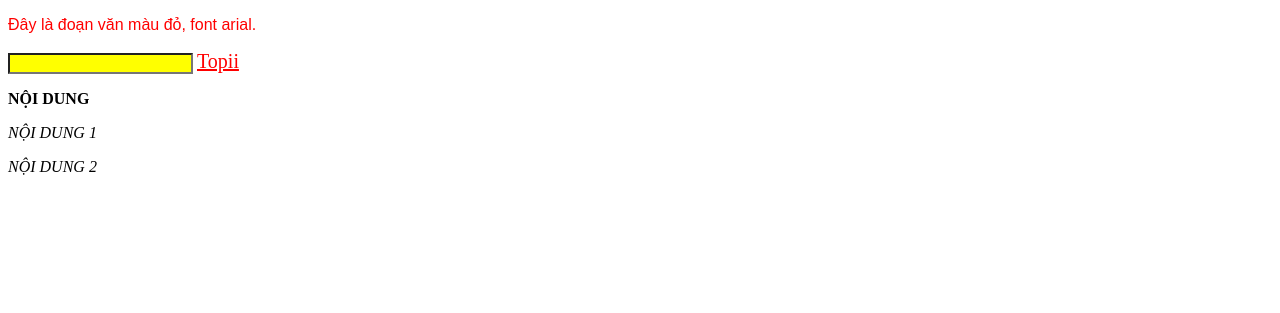
Repository: PhiKhongHoang/JSP-Servlet
Page: Bai3_CSS/src/main/webapp/vidu.html
The author's editor kept a copy of each file at every save. The page is drawn from the files as they stood at one save, then again after the next save.
The browser window is 1280 px wide. The pictures show the whole page.

Above is the page before, as saved 2024-02-16 12:39:24.

After the next save:
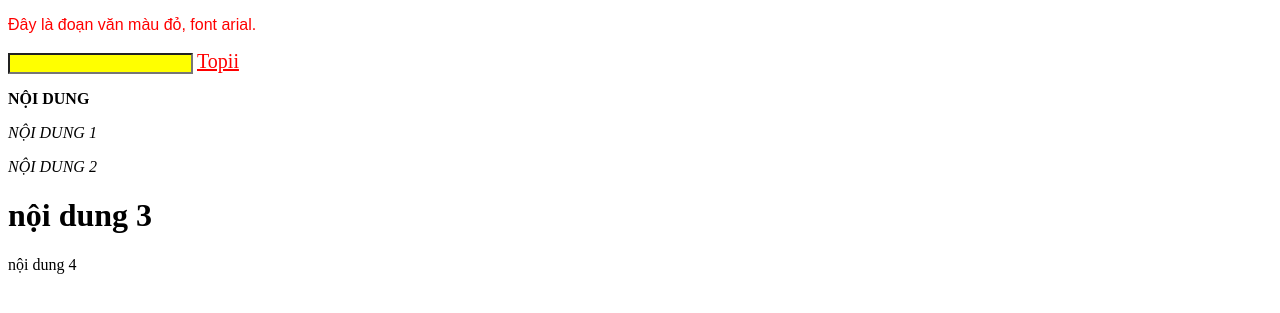
Saved 3 min 59 s later.
--- a/Bai3_CSS/src/main/webapp/vidu.html
+++ b/Bai3_CSS/src/main/webapp/vidu.html
@@ -15,5 +15,7 @@
 	<p id="indam">NỘI DUNG</p>
 	<p class="innghieng">NỘI DUNG 1</p>
 	<div class="innghieng">NỘI DUNG 2</div>
+	<h1 class="maudo">nội dung 3</h1>
+	<p class="maudo">nội dung 4</p>
 </body>
 </html>
